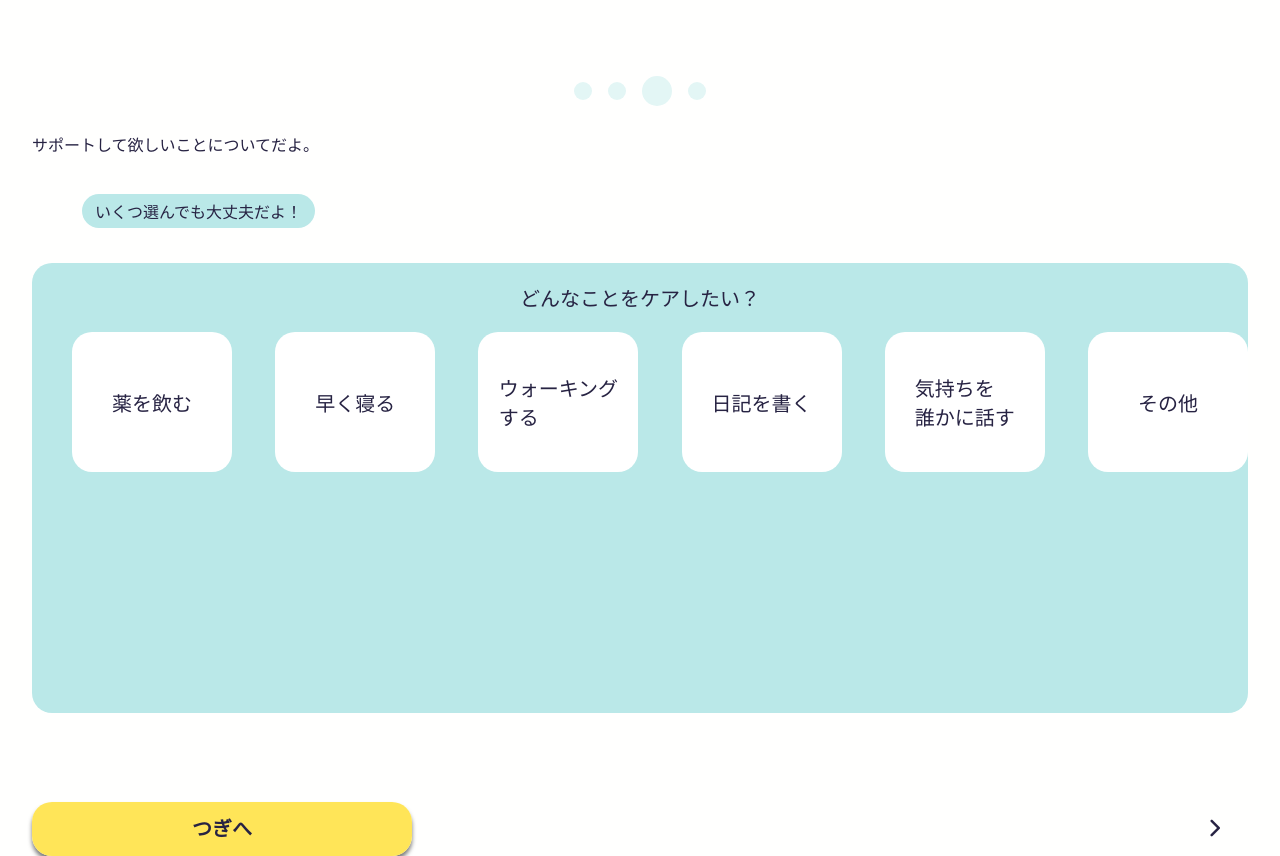
Repository: misaki0919/Self-care
Page: support.html
The author's editor kept a copy of each file at every save. The page is drawn from the files as they stood at one save, then again after the next save.
The browser window is 1280 px wide. The pictures show the whole page.
Some web fonts or font styles are not loaded; a fallback is used.

Above is the page before, as saved 2026-07-19 10:51:48.

After the next save:
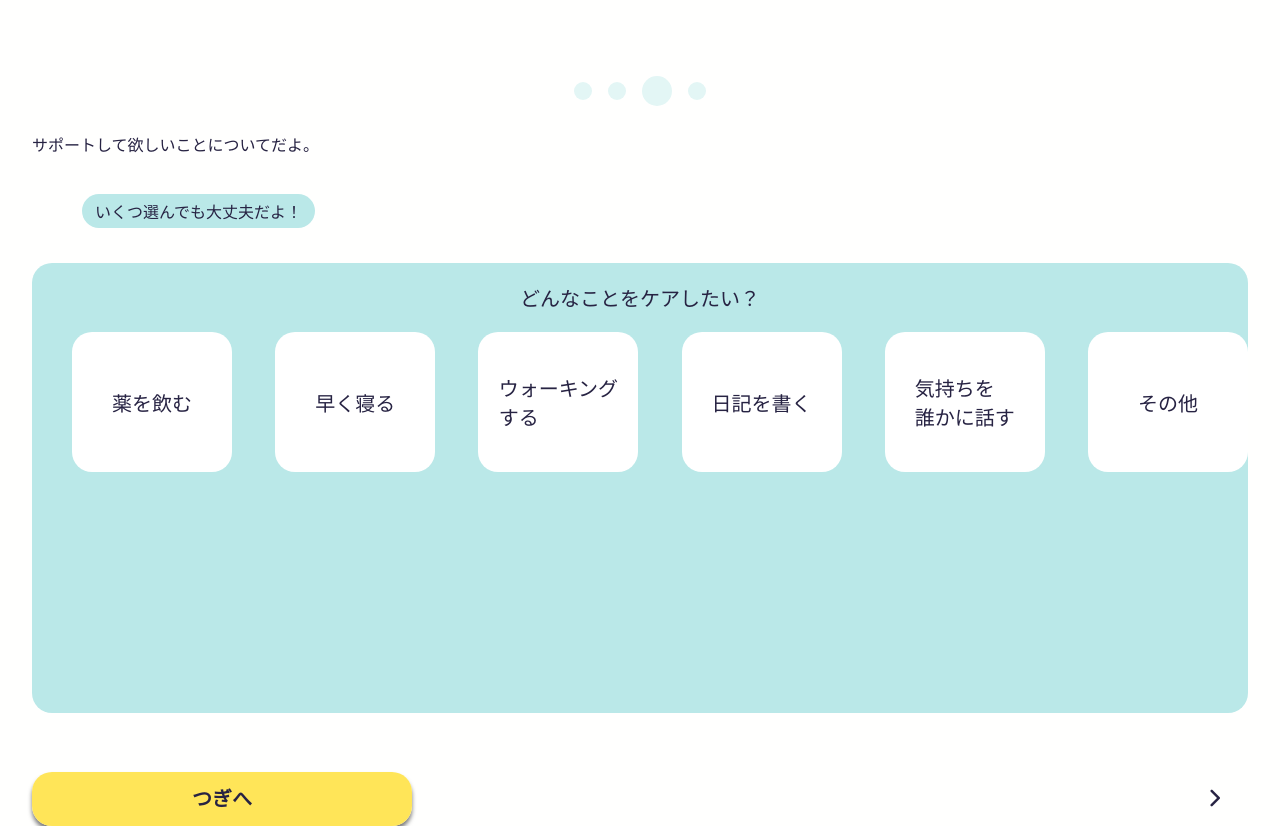
Saved 9 s later.
--- a/css/support.css
+++ b/css/support.css
@@ -52,7 +52,7 @@ body{
     background-color: #BAE8E8;
     height: 450px;
     border-radius: 20px;
-    margin-bottom: 100px;
+    margin-bottom: 70px;
     .care{
         font-size: 20px;
         text-align: center;
